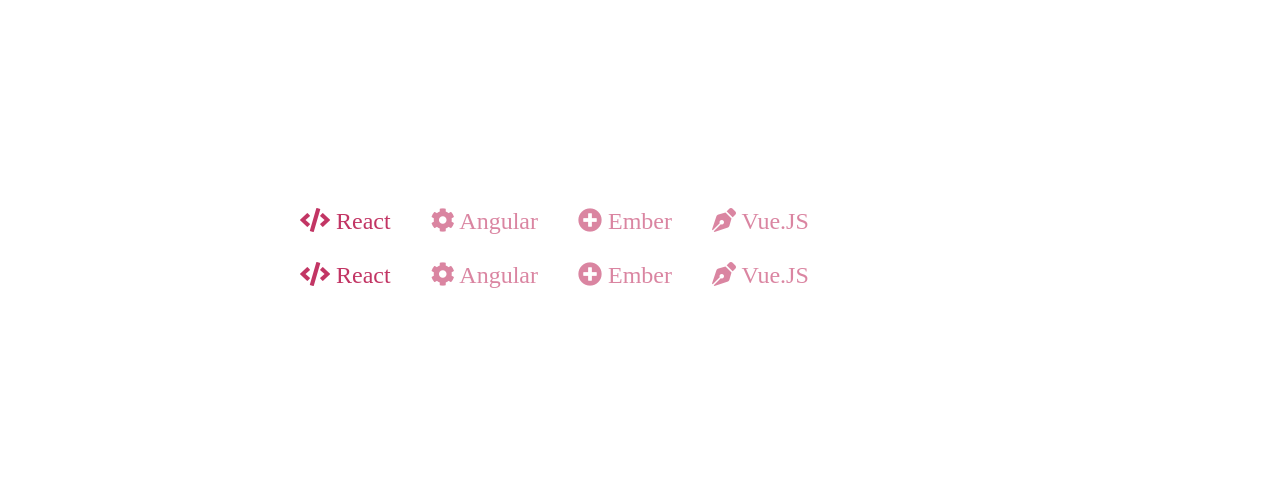
Repository: dovanthao2404/switch-tabs
Page: index.html
An editor plug-in stored every save of this project. The page is shown before and after the next save, followed by the edit.
The browser window is 1280 px wide. The pictures show the whole page.

Above is the page before, as saved 2021-06-27 20:19:39.

### index.html
<!DOCTYPE html>
<html lang="en">

<head>
  <meta charset="UTF-8">
  <meta http-equiv="X-UA-Compatible" content="IE=edge">
  <meta name="viewport" content="width=device-width, initial-scale=1.0">
  <title>Tab</title>
  <link rel="stylesheet" href="https://cdnjs.cloudflare.com/ajax/libs/font-awesome/5.15.3/css/all.min.css"
    integrity="sha512-iBBXm8fW90+nuLcSKlbmrPcLa0OT92xO1BIsZ+ywDWZCvqsWgccV3gFoRBv0z+8dLJgyAHIhR35VZc2oM/gI1w=="
    crossorigin="anonymous" referrerpolicy="no-referrer" />
  <link rel="stylesheet" href="./style.css">
</head>

<body>
  <div class="container">
    <div class="tab-header">
      <div class="tab-item active">
        <i class="tab-icon fas fa-code"></i>
        React
      </div>
      <div class="tab-item">
        <i class="tab-icon fas fa-cog"></i>
        Angular
      </div>
      <div class="tab-item">
        <i class="tab-icon fas fa-plus-circle"></i>
        Ember
      </div>
      <div class="tab-item">
        <i class="tab-icon fas fa-pen-nib"></i>
        Vue.JS
      </div>
      <div class="line"></div>
    </div>
    <div class="tab-header">
      <div class="tab-item active">
        <i class="tab-icon fas fa-code"></i>
        React
      </div>
      <div class="tab-item">
        <i class="tab-icon fas fa-cog"></i>
        Angular
      </div>
      <div class="tab-item">
        <i class="tab-icon fas fa-plus-circle"></i>
        Ember
      </div>
      <div class="tab-item">
        <i class="tab-icon fas fa-pen-nib"></i>
        Vue.JS
      </div>
      <div class="line"></div>
    </div>
  </div>
</body>

</html>

### style.css
* {
  padding: 0;
  margin: 0;
  box-sizing: border-box;
}
.container {
  margin: 15% auto;
  width: 720px;
  text-align: center;
}
.tab-header {
  display: flex;
  position: relative;
}
.tab-item {
  color: #c23564;
  font-size: 24px;
  opacity: 0.6;
  cursor: pointer;
  padding: 16px 20px 11px 20px;
}
.tab-item.active {
  opacity: 1;
}
.line {
  position: absolute;
  height: 6px;
  left: 0;
  bottom: 0;
  width: 0px;
  background-color: #c23564;
  border-radius: 15px;
}

After the next save:
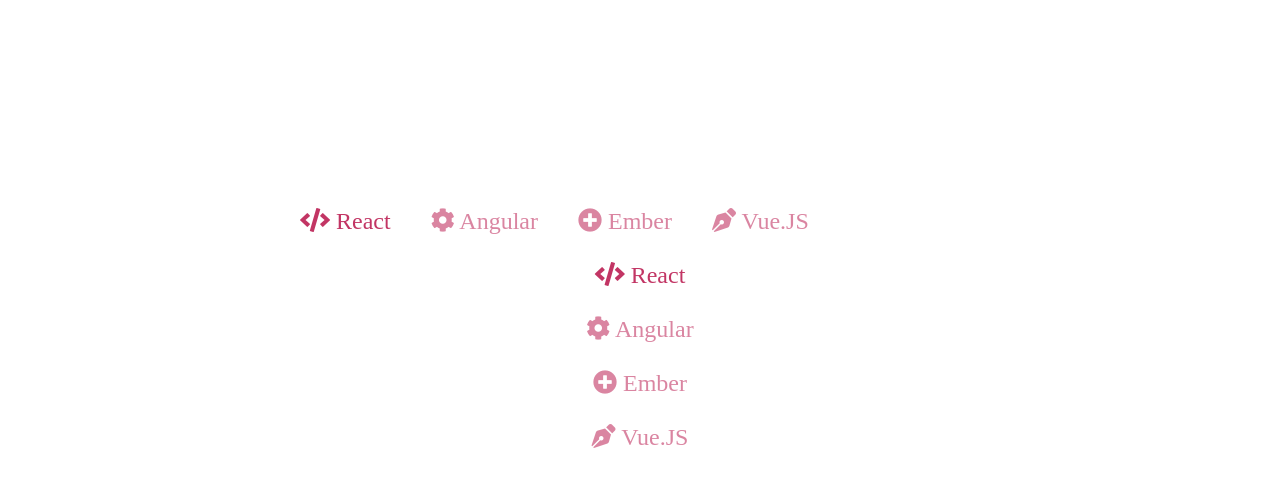
Saved 5 s later.
--- a/index.html
+++ b/index.html
@@ -33,7 +33,7 @@
       </div>
       <div class="line"></div>
     </div>
-    <div class="tab-header">
+    <div class="tab-content">
       <div class="tab-item active">
         <i class="tab-icon fas fa-code"></i>
         React
